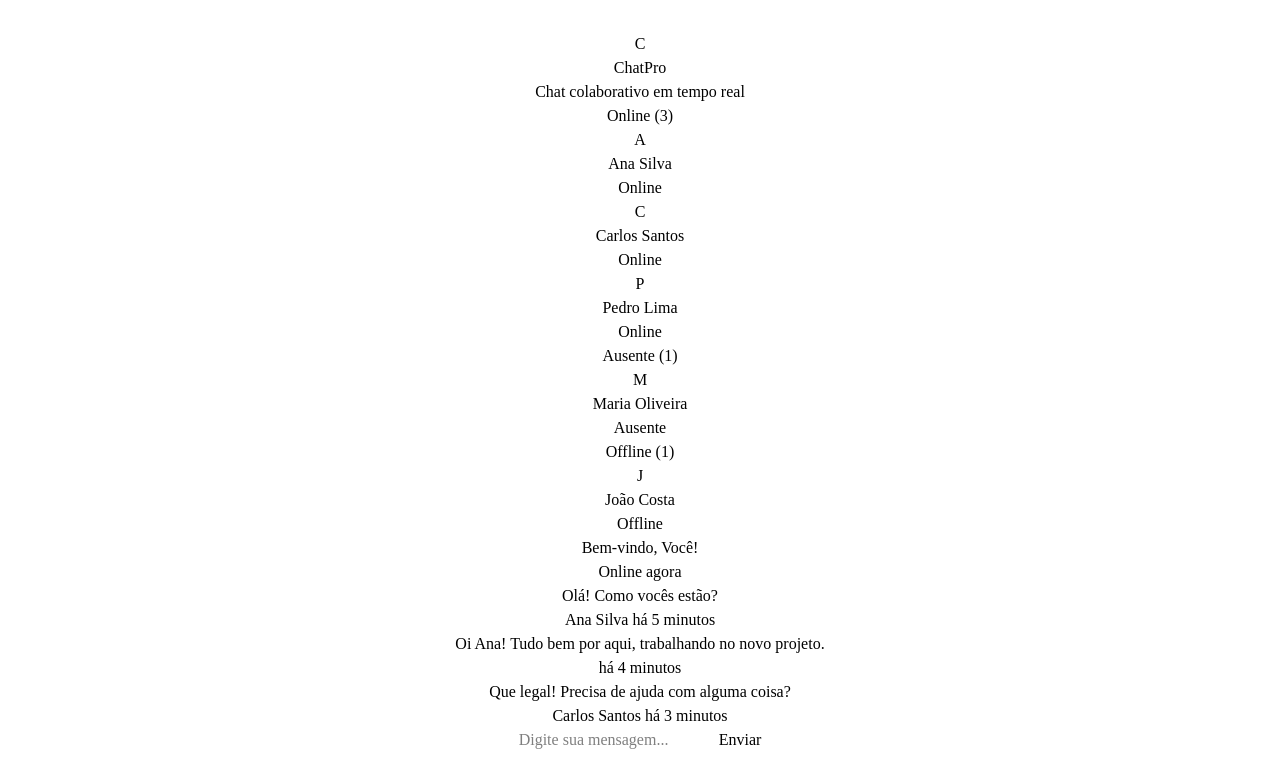
Repository: GabrielF0900/ChatPRO
Page: /chat (app in Frontend/)
These files come from the project's save history. The page is drawn as it stood at one moment and after the next save; the edit follows.
The browser window is 1280 px wide. The pictures show the whole page.
The project was rebuilt for these pictures with package versions that can differ from the ones it lists, and the page was loaded fresh each time. Also part of the build but not shown: Frontend/vite.config.ts, Frontend/src/pages/Register.tsx, Frontend/src/pages/Login.tsx.

Above is the page before, as saved 2025-08-02 21:27:29.

### Frontend/src/App.tsx
import { BrowserRouter, Routes, Route } from 'react-router-dom';
import './App.css';
import Register from './pages/Register';
import LoginPage from './pages/Login';
import ChatPage from './pages/Dashboard';


function App() {
  return (
    <BrowserRouter>
      <Routes>
        <Route path="/register" element={<Register />} />
        <Route path="/login" element={<LoginPage />} />
        <Route path="/chat" element={<ChatPage />} />
        {/* Adicione outras rotas conforme necessário */}
      </Routes>
    </BrowserRouter>
  );
}

export default App;

### Frontend/src/pages/Dashboard.tsx
import { useState } from "react";

export default function ChatPage() {
  const [message, setMessage] = useState("");

  const handleSend = (e: React.FormEvent<HTMLFormElement>) => {
    e.preventDefault();
    console.log("Mensagem enviada:", message);
    setMessage("");
  };

  return (
    <div className="flex h-screen bg-gray-50">
      {/* Sidebar */}
      <aside className="w-80 bg-white border-r border-gray-200 flex flex-col">
        {/* Header do Chat */}
        <div className="p-4 border-b border-gray-200 bg-white">
          <div className="flex items-center gap-3">
            <div className="w-10 h-10 bg-blue-600 rounded-full flex items-center justify-center">
              <span className="text-white font-bold text-lg">C</span>
            </div>
            <div>
              <h1 className="text-xl font-bold text-gray-900">ChatPro</h1>
              <p className="text-sm text-gray-500">Chat colaborativo em tempo real</p>
            </div>
          </div>
        </div>

        <div className="p-4 space-y-4 overflow-y-auto h-[calc(100vh-112px)]">
          <div>
            <h3 className="text-sm font-semibold text-gray-700 mb-1">Online (3)</h3>
            <ul className="space-y-2">
              {[
                { name: "Ana Silva", status: "Online", color: "green", icon: "A" },
                { name: "Carlos Santos", status: "Online", color: "green", icon: "C" },
                { name: "Pedro Lima", status: "Online", color: "green", icon: "P" },
              ].map((user) => (
                <li key={user.name} className="flex items-center gap-3 p-2 border rounded-md">
                  <div className="w-8 h-8 flex items-center justify-center rounded-full bg-blue-100 text-blue-600 font-semibold">
                    {user.icon}
                  </div>
                  <div>
                    <p className="text-sm font-medium text-gray-800">{user.name}</p>
                    <span className="text-xs text-green-600">{user.status}</span>
                  </div>
                </li>
              ))}
            </ul>
          </div>

          <div>
            <h3 className="text-sm font-semibold text-gray-700 mb-1">Ausente (1)</h3>
            <ul>
              <li className="flex items-center gap-3 p-2 border rounded-md">
                <div className="w-8 h-8 flex items-center justify-center rounded-full bg-gray-100 text-gray-600 font-semibold">
                  M
                </div>
                <div>
                  <p className="text-sm font-medium text-gray-800">Maria Oliveira</p>
                  <span className="text-xs text-yellow-600">Ausente</span>
                </div>
              </li>
            </ul>
          </div>

          <div>
            <h3 className="text-sm font-semibold text-gray-700 mb-1">Offline (1)</h3>
            <ul>
              <li className="flex items-center gap-3 p-2 border rounded-md">
                <div className="w-8 h-8 flex items-center justify-center rounded-full bg-gray-100 text-gray-400 font-semibold">
                  J
                </div>
                <div>
                  <p className="text-sm font-medium text-gray-800">João Costa</p>
                  <span className="text-xs text-gray-500">Offline</span>
                </div>
              </li>
            </ul>
          </div>
        </div>
      </aside>

      {/* Chat */}
      <main className="flex-1 flex flex-col">
        <header className="flex justify-between items-center px-6 py-4 border-b">
          <div></div>
          <div className="text-right">
            <p className="text-sm text-gray-700 font-medium">Bem-vindo, Você!</p>
            <p className="text-xs text-green-600">Online agora</p>
          </div>
        </header>

        {/* Mensagens */}
        <div className="flex-1 overflow-y-auto p-6 space-y-4">
          <div className="flex items-start gap-3">
            <div className="bg-gray-100 px-4 py-2 rounded-lg max-w-md">
              <p>Olá! Como vocês estão?</p>
            </div>
            <span className="self-end text-xs text-gray-500">Ana Silva há 5 minutos</span>
          </div>

          <div className="flex justify-end items-start gap-3">
            <div className="bg-blue-600 text-white px-4 py-2 rounded-lg max-w-md">
              <p>Oi Ana! Tudo bem por aqui, trabalhando no novo projeto.</p>
            </div>
            <span className="self-end text-xs text-gray-500">há 4 minutos</span>
          </div>

          <div className="flex items-start gap-3">
            <div className="bg-gray-100 px-4 py-2 rounded-lg max-w-md">
              <p>Que legal! Precisa de ajuda com alguma coisa?</p>
            </div>
            <span className="self-end text-xs text-gray-500">Carlos Santos há 3 minutos</span>
          </div>
        </div>

        {/* Input */}
        <form
          onSubmit={handleSend}
          className="border-t p-4 flex gap-2 items-center"
        >
          <input
            type="text"
            placeholder="Digite sua mensagem..."
            className="flex-1 border border-gray-300 rounded-md px-4 py-2 focus:outline-none focus:ring-1 focus:ring-blue-500"
            value={message}
            onChange={(e) => setMessage(e.target.value)}
          />
          <button
            type="submit"
            className="bg-blue-600 hover:bg-blue-700 text-white px-4 py-2 rounded-md"
          >
            Enviar
          </button>
        </form>
      </main>
    </div>
  );
}

Loaded but not shown: Frontend/index.html (common file); Frontend/src/main.tsx (common file); Frontend/src/index.css (common file); Frontend/src/App.css (common file)

After the next save:
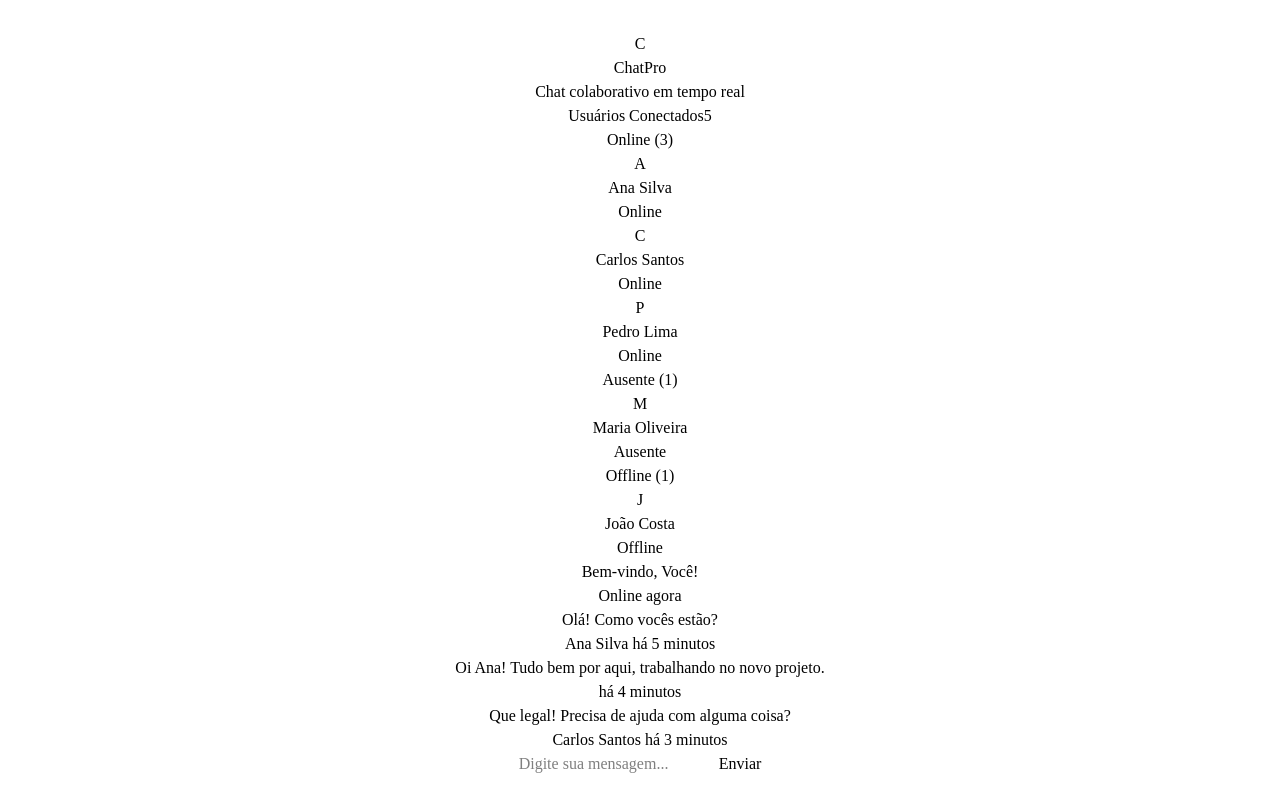
Saved 36 s later.
--- a/Frontend/src/pages/Dashboard.tsx
+++ b/Frontend/src/pages/Dashboard.tsx
@@ -26,56 +26,72 @@ export default function ChatPage() {
           </div>
         </div>
 
-        <div className="p-4 space-y-4 overflow-y-auto h-[calc(100vh-112px)]">
-          <div>
-            <h3 className="text-sm font-semibold text-gray-700 mb-1">Online (3)</h3>
-            <ul className="space-y-2">
+        {/* Lista de Usuários */}
+        <div className="flex-1 overflow-y-auto p-4">
+          <div className="mb-6">
+            <div className="flex items-center justify-between mb-3">
+              <span className="text-sm font-medium text-gray-700">Usuários Conectados</span>
+              <span className="bg-gray-100 text-gray-600 text-xs px-2 py-1 rounded-full">5</span>
+            </div>
+
+            <div className="space-y-3">
+              <div className="text-xs font-medium text-green-600 flex items-center gap-1">
+                <span className="w-2 h-2 bg-green-500 rounded-full"></span>
+                Online (3)
+              </div>
+
               {[
-                { name: "Ana Silva", status: "Online", color: "green", icon: "A" },
-                { name: "Carlos Santos", status: "Online", color: "green", icon: "C" },
-                { name: "Pedro Lima", status: "Online", color: "green", icon: "P" },
+                { name: "Ana Silva", initial: "A", color: "bg-blue-500" },
+                { name: "Carlos Santos", initial: "C", color: "bg-green-500" },
+                { name: "Pedro Lima", initial: "P", color: "bg-purple-500" },
               ].map((user) => (
-                <li key={user.name} className="flex items-center gap-3 p-2 border rounded-md">
-                  <div className="w-8 h-8 flex items-center justify-center rounded-full bg-blue-100 text-blue-600 font-semibold">
-                    {user.icon}
+                <div key={user.name} className="flex items-center gap-3 p-2 hover:bg-gray-50 rounded-lg cursor-pointer">
+                  <div className={`w-8 h-8 ${user.color} rounded-full flex items-center justify-center relative`}>
+                    <span className="text-white text-sm font-medium">{user.initial}</span>
+                    <span className="absolute -bottom-0.5 -right-0.5 w-3 h-3 bg-green-500 border-2 border-white rounded-full"></span>
                   </div>
-                  <div>
-                    <p className="text-sm font-medium text-gray-800">{user.name}</p>
-                    <span className="text-xs text-green-600">{user.status}</span>
+                  <div className="flex-1">
+                    <p className="text-sm font-medium text-gray-900">{user.name}</p>
+                    <p className="text-xs text-green-600">Online</p>
                   </div>
-                </li>
+                </div>
               ))}
-            </ul>
+            </div>
+          </div>
+
+          <div className="mb-6">
+            <div className="text-xs font-medium text-yellow-600 flex items-center gap-1 mb-3">
+              <span className="w-2 h-2 bg-yellow-500 rounded-full"></span>
+              Ausente (1)
+            </div>
+
+            <div className="flex items-center gap-3 p-2 hover:bg-gray-50 rounded-lg cursor-pointer">
+              <div className="w-8 h-8 bg-gray-400 rounded-full flex items-center justify-center relative">
+                <span className="text-white text-sm font-medium">M</span>
+                <span className="absolute -bottom-0.5 -right-0.5 w-3 h-3 bg-yellow-500 border-2 border-white rounded-full"></span>
+              </div>
+              <div className="flex-1">
+                <p className="text-sm font-medium text-gray-900">Maria Oliveira</p>
+                <p className="text-xs text-yellow-600">Ausente</p>
+              </div>
+            </div>
           </div>
 
           <div>
-            <h3 className="text-sm font-semibold text-gray-700 mb-1">Ausente (1)</h3>
-            <ul>
-              <li className="flex items-center gap-3 p-2 border rounded-md">
-                <div className="w-8 h-8 flex items-center justify-center rounded-full bg-gray-100 text-gray-600 font-semibold">
-                  M
-                </div>
-                <div>
-                  <p className="text-sm font-medium text-gray-800">Maria Oliveira</p>
-                  <span className="text-xs text-yellow-600">Ausente</span>
-                </div>
-              </li>
-            </ul>
-          </div>
+            <div className="text-xs font-medium text-gray-500 flex items-center gap-1 mb-3">
+              <span className="w-2 h-2 bg-gray-400 rounded-full"></span>
+              Offline (1)
+            </div>
 
-          <div>
-            <h3 className="text-sm font-semibold text-gray-700 mb-1">Offline (1)</h3>
-            <ul>
-              <li className="flex items-center gap-3 p-2 border rounded-md">
-                <div className="w-8 h-8 flex items-center justify-center rounded-full bg-gray-100 text-gray-400 font-semibold">
-                  J
-                </div>
-                <div>
-                  <p className="text-sm font-medium text-gray-800">João Costa</p>
-                  <span className="text-xs text-gray-500">Offline</span>
-                </div>
-              </li>
-            </ul>
+            <div className="flex items-center gap-3 p-2 hover:bg-gray-50 rounded-lg cursor-pointer opacity-60">
+              <div className="w-8 h-8 bg-gray-400 rounded-full flex items-center justify-center">
+                <span className="text-white text-sm font-medium">J</span>
+              </div>
+              <div className="flex-1">
+                <p className="text-sm font-medium text-gray-900">João Costa</p>
+                <p className="text-xs text-gray-500">Offline</p>
+              </div>
+            </div>
           </div>
         </div>
       </aside>
